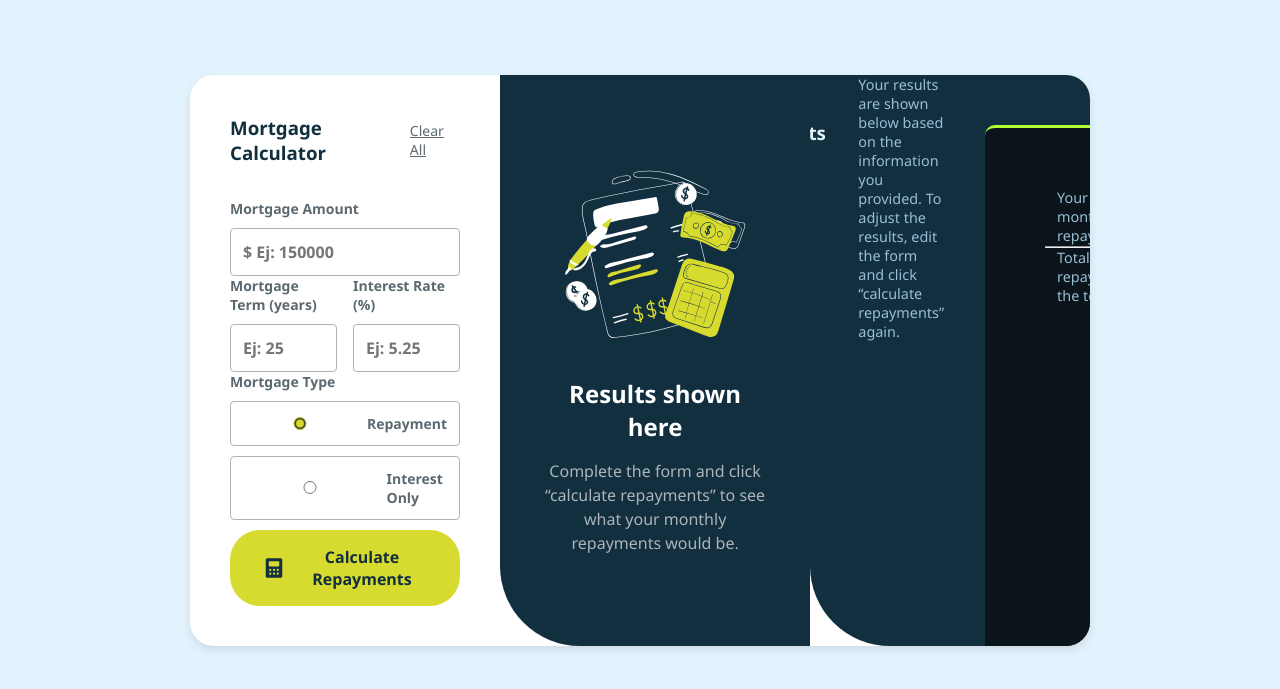
Repository: GravielPV/Mortgage-repayment-calculator
Page: index.html
The author's editor kept a copy of each file at every save. The page is drawn from the files as they stood at one save, then again after a run of saves.
The browser window is 1280 px wide. The pictures show the whole page.

Above is the page before, as saved 2025-12-14 15:19:17.

### index.html
<!DOCTYPE html>
<html lang="en">
<head>
  <meta charset="UTF-8">
  <meta name="viewport" content="width=device-width, initial-scale=1.0"> <!-- displays site properly based on user's device -->

  <link rel="icon" type="image/png" sizes="32x32" href="./assets/images/favicon-32x32.png">
  <link rel="stylesheet" href="styles.css">
  <title>Frontend Mentor | Mortgage repayment calculator</title>


</head>
<body>
  <div class="carta">



  <div class="lado-izquierdo">

    <div class="header-form">
      <h3>Mortgage Calculator</h3>
      <a href="#" id="clear-all">Clear All</a>
    </div>

    <form id="mortgage-form">

      <!-- Mortgage Amount -->
      <div class="campo">
        <label for="input-mortgage">Mortgage Amount</label>

        <input
          type="number"
          id="input-mortgage"
          name="mortgage"
          placeholder="$ Ej: 150000">
      </div>

      <!-- Mortgage Term & Interest Rate -->
      <div class="grupo-doble">
        <div class="campo1">
          <label for="input-term">Mortgage Term (years)</label>
          <input
            type="number"
            id="input-term"
            name="term"
            placeholder="Ej: 25">
        </div>

        <div class="campo1">
          <label for="input-interest">Interest Rate (%)</label>
          <input
            type="number"
            step="0.01"
            id="input-interest"
            name="interest"
            placeholder="Ej: 5.25">
        </div>
      </div>

      <!-- Mortgage Type -->
      <div class="campo">
        <label>Mortgage Type</label>

        <div class="radios">
          <label class="radio arriba">
            <input type="radio" name="mortgage-type" value="repayment" checked id="repayment">
            Repayment
          </label>

          <label class="radio abajo">
            <input type="radio" name="mortgage-type" value="interest-only" id="interest-only">
            Interest Only
          </label>
        </div>
      </div>

      <!-- Botón -->
      <div class="boton">

        <button type="button" onclick="calcular()"> <img src="assets/images/icon-calculator.svg" alt="calculadora icon">Calculate Repayments</button>
      </div>



    </form>

  </div>




  <!-- Empty results start -->

  <div class="derecho">

    <img src="assets/images/illustration-empty.svg" alt="mostrar">

  <h3>Results shown here</h3>

  <p>Complete the form and click “calculate repayments” to see what
  your monthly repayments would be.</p>
  </div>

  <!-- Empty results end -->

  <!-- Completed results start -->

  <div class="resultado">
    <h3>Your results</h3>
    <p>Your results are shown below based on the information you provided.
    To adjust the results, edit the form and click “calculate repayments” again.</p>

    <div class="caja-resultados">
      <p>Your monthly repayments</p>
      <h1 id="monthly-repayment"></h1>

      <hr>

      <p>Total you'll repay over the term</p>
      <h3 id="total-repayment"></h3>
    </div>
  </div>

</div>

<!-- Completed results end -->

<script src="app.js"></script>
</body>
</html>

### styles.css
* {
    box-sizing: border-box;
    margin: 0;
    padding: 0;
    font-family: 'Segoe UI', Tahoma, Geneva, Verdana, sans-serif;
}

body {
    background-color: hsl(202, 86%, 94%);
    display: flex;
    justify-content: center;
    align-items: center;
    min-height: 100vh;
}

.carta {
    width: 100%;
    max-width: 900px;
    background-color: white;
    display: flex;
    border-radius: 24px;
    overflow: hidden;
    box-shadow: 0 4px 8px 0 rgba(0, 0, 0, 0.1);
    margin: 20px;
}

/* ---- Lado Izquierdo ---- */
.lado-izquierdo {
    width: 50%;
    padding: 40px;
    display: flex;
    flex-direction: column;
    gap: 24px;
}

.header-form {
    display: flex;
    justify-content: space-between;
    align-items: center;
    margin-bottom: 10px;
}

.header-form h3 {
    color: hsl(202, 55%, 16%);
}

.header-form a {
    color: hsl(200, 10%, 40%);
    text-decoration: underline;
    font-size: 14px;
    cursor: pointer;
}

.header-form a:hover {
    color: hsl(202, 55%, 16%);
}

/* Inputs */
.campo {
    display: flex;
    flex-direction: column;
    gap: 10px;
}

.campo label, .campo1 label {
    color: hsl(200, 10%, 40%);
    font-size: 14px;
    font-weight: bold;
}

.campo input, .campo1 input {
    padding: 12px;
    border: 1px solid hsl(200, 10%, 70%);
    border-radius: 4px;
    font-size: 16px;
    font-weight: bold;
    cursor: pointer;
    width: 100%;
}

.campo input:focus, .campo1 input:focus {
    outline: none;
    border-color: hsl(61, 70%, 52%);
}

.grupo-doble {
    display: flex;
    gap: 16px;
}

.campo1 {
    display: flex;
    flex-direction: column;
    gap: 10px;
    width: 50%;
}

/* Radio buttons */
.radios {
    display: flex;
    flex-direction: column;
    gap: 10px;
}

.radio {
    display: flex;
    align-items: center;
    border: 1px solid hsl(200, 10%, 70%);
    padding: 12px;
    border-radius: 4px;
    cursor: pointer;
    gap: 10px;
    font-weight: bold;
    color: hsl(202, 55%, 16%);
}

.radio:hover {
    border-color: hsl(61, 70%, 52%);
}

.radio input {
    margin: 0;
    accent-color: hsl(61, 70%, 52%);
}

/* Boton */
.boton {
    margin-top: 10px;
}

button {
    display: flex;
    align-items: center;
    justify-content: center;
    gap: 10px;
    padding: 16px 32px;
    background-color: hsl(61, 70%, 52%);
    border: none;
    color: hsl(202, 55%, 16%);
    border-radius: 30px;
    cursor: pointer;
    font-weight: bold;
    font-size: 16px;
    width: 100%;
    transition: background-color 0.3s;
}

button:hover {
    background-color: hsl(61, 70%, 70%);
}

/* ---- Lado Derecho ---- */
.derecho {
    width: 50%;
    background-color: hsl(202, 55%, 16%);
    color: white;
    padding: 40px;
    display: flex;
    flex-direction: column;
    justify-content: center;
    align-items: center;
    text-align: center;
    border-bottom-left-radius: 80px;
}

.derecho img {
    margin-bottom: 20px;
}

.derecho h3 {
    margin-bottom: 16px;
    font-size: 24px;
}

.derecho p {
    color: hsl(200, 10%, 70%);
    line-height: 1.5;
}

.resultado {
    display: none;
}


.resultado{
     width: 50%;
    background-color: hsl(202, 55%, 16%);
    display: flex;
    justify-content: center;
    border-bottom-left-radius: 80px;
    overflow: hidden;


}

.resultado .caja-resultados {

    background-color: hsl(201, 46%, 7%);
    color: hsl(61, 70%, 52%);
    width: 80%;
    position: relative;
    left: 40px;
    top: 50px;
    padding: 60px;
    border-radius: 10px;
    border-top: 3px solid greenyellow;



}

.resultado  p{
    color: hsl(203, 41%, 72%);
    text-align: start;
    font-size: 0.90em;
    padding: 0.5px;
    margin-left: 12px;
}

.resultado h3{

    color: hsl(202, 86%, 94%);
    padding: 20px;

}



/* Responsive */
@media (max-width: 768px) {
    body {
        align-items: flex-start;
        background-color: white;
    }

    .carta {
        flex-direction: column;
        border-radius: 0;
        margin: 0;
        box-shadow: none;
        max-width: 100%;
    }

    .lado-izquierdo, .derecho {
        width: 100%;
        padding: 24px;
    }

    .derecho {
        border-radius: 0;
        min-height: 400px;
    }

    .grupo-doble {
        flex-direction: column;
    }

    .campo1 {
        width: 100%;
    }
}

### app.js
// INPUTS
const montoInput = document.getElementById("input-mortgage");
const yearsInput = document.getElementById("input-term");
const interesInput = document.getElementById("input-interest");

// RADIOS
const repaymentRadio = document.getElementById("repayment");
const interestOnlyRadio = document.getElementById("interest-only");

// RESULTADOS
const resultadoBox = document.querySelector(".resultado");
const derechoBox = document.querySelector(".derecho");

const monthlyText = document.getElementById("monthly-repayment");
const totalText = document.getElementById("total-repayment");

// CLEAR ALL
const clearAllBtn = document.getElementById("clear-all");

// FORMATO MONEDA
function formatoMoneda(valor) {
  return new Intl.NumberFormat("en-US", {
    style: "currency",
    currency: "USD",
    minimumFractionDigits: 2,
  }).format(valor);
}

// CALCULAR
function calcular() {
  const monto = Number(montoInput.value);
  const years = Number(yearsInput.value);
  const interes = Number(interesInput.value) / 100;

  if (!monto || !years || !interes) {
    alert("Please complete all fields");
    return;
  }

  const r = interes / 12;
  const n = years * 12;

  let pagoMensual = 0;
  let pagoTotal = 0;

  // REPAYMENT
  if (repaymentRadio.checked) {
    pagoMensual =
      (monto * r * Math.pow(1 + r, n)) /
      (Math.pow(1 + r, n) - 1);

    pagoTotal = pagoMensual * n;
  }

  // INTEREST ONLY
  if (interestOnlyRadio.checked) {
    pagoMensual = monto * r;
    pagoTotal = pagoMensual * n;
  }

  // MOSTRAR RESULTADOS
  monthlyText.textContent = formatoMoneda(pagoMensual);
  totalText.textContent = formatoMoneda(pagoTotal);

  derechoBox.style.display = "none";
  resultadoBox.style.display = "block";
}

// CLEAR ALL
clearAllBtn.addEventListener("click", (e) => {
  e.preventDefault();

  montoInput.value = "";
  yearsInput.value = "";
  interesInput.value = "";

  repaymentRadio.checked = true;
  interestOnlyRadio.checked = false;

  resultadoBox.style.display = "none";
  derechoBox.style.display = "block";
});

After the next 4 saves:
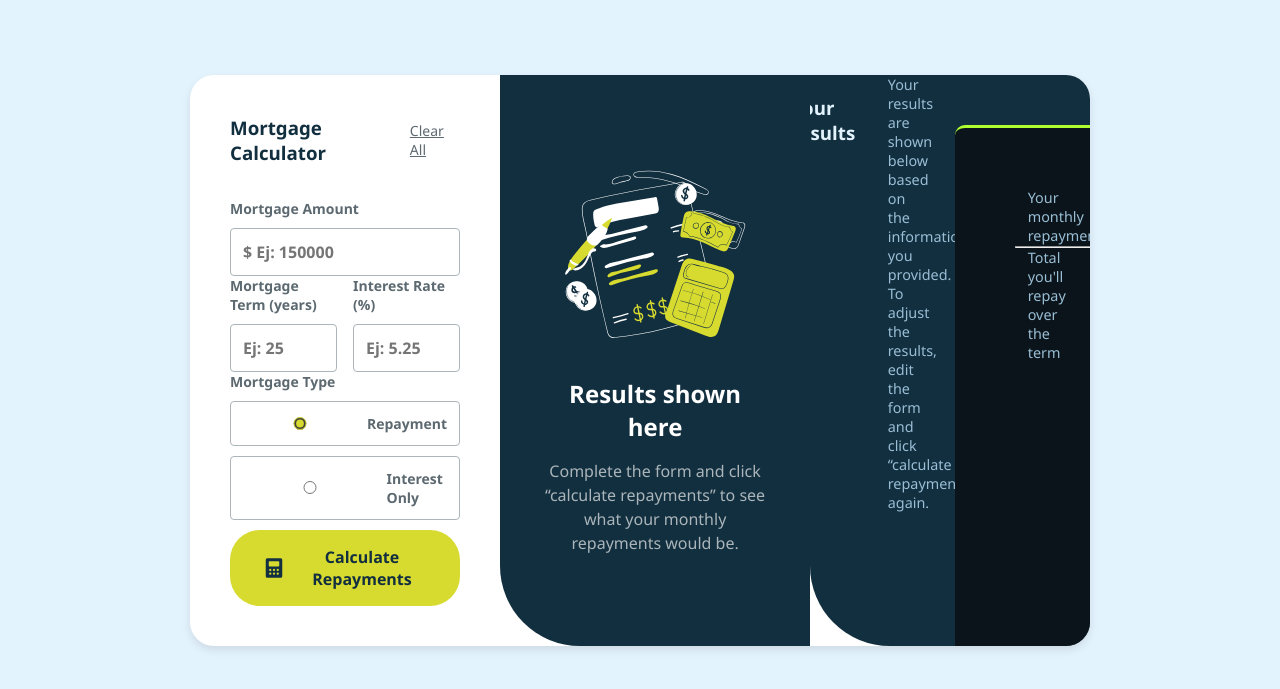
The 4 saves are shown as one change because they came seconds apart.
The last was saved 22 s later.
--- a/styles.css
+++ b/styles.css
@@ -215,6 +215,7 @@
     font-size: 0.90em;
     padding: 0.5px;
     margin-left: 12px;
+    width: 10%;
 }
 
 .resultado h3{

After the 2 saves that followed:
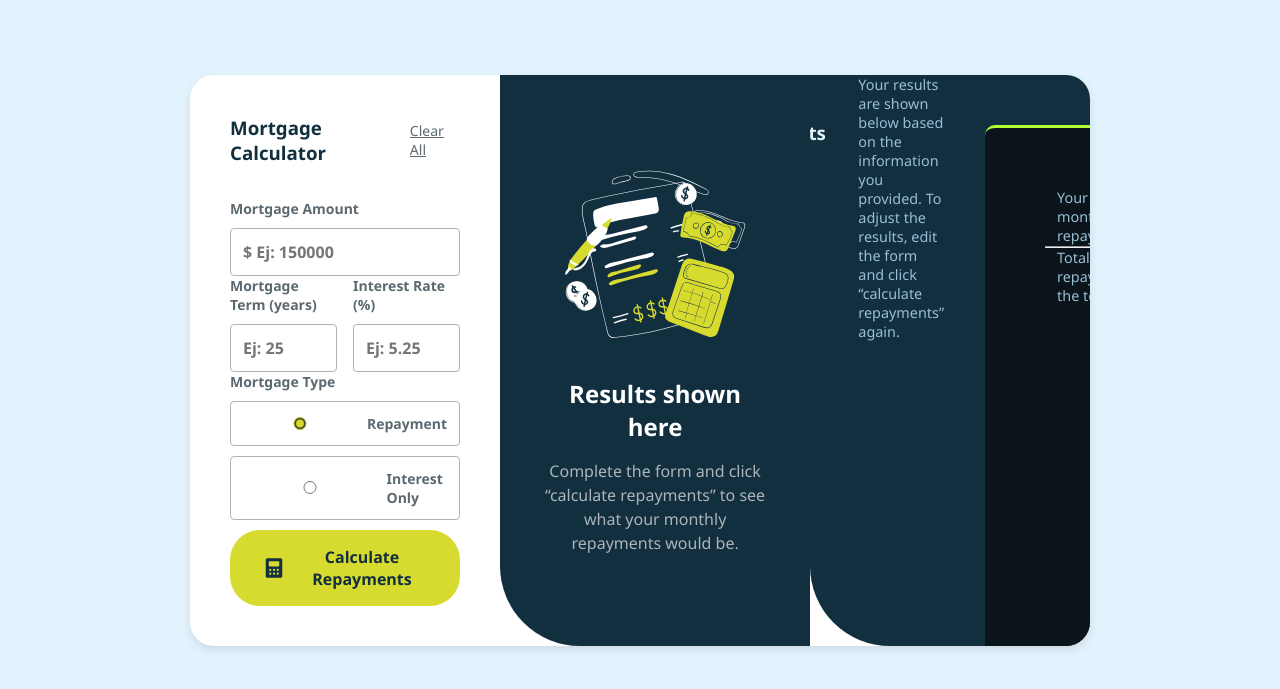
The 2 saves are shown as one change because they came seconds apart.
The last was saved 8 s later.
--- a/styles.css
+++ b/styles.css
@@ -215,7 +215,7 @@
     font-size: 0.90em;
     padding: 0.5px;
     margin-left: 12px;
-    width: 10%;
+    width: 90%;
 }
 
 .resultado h3{
